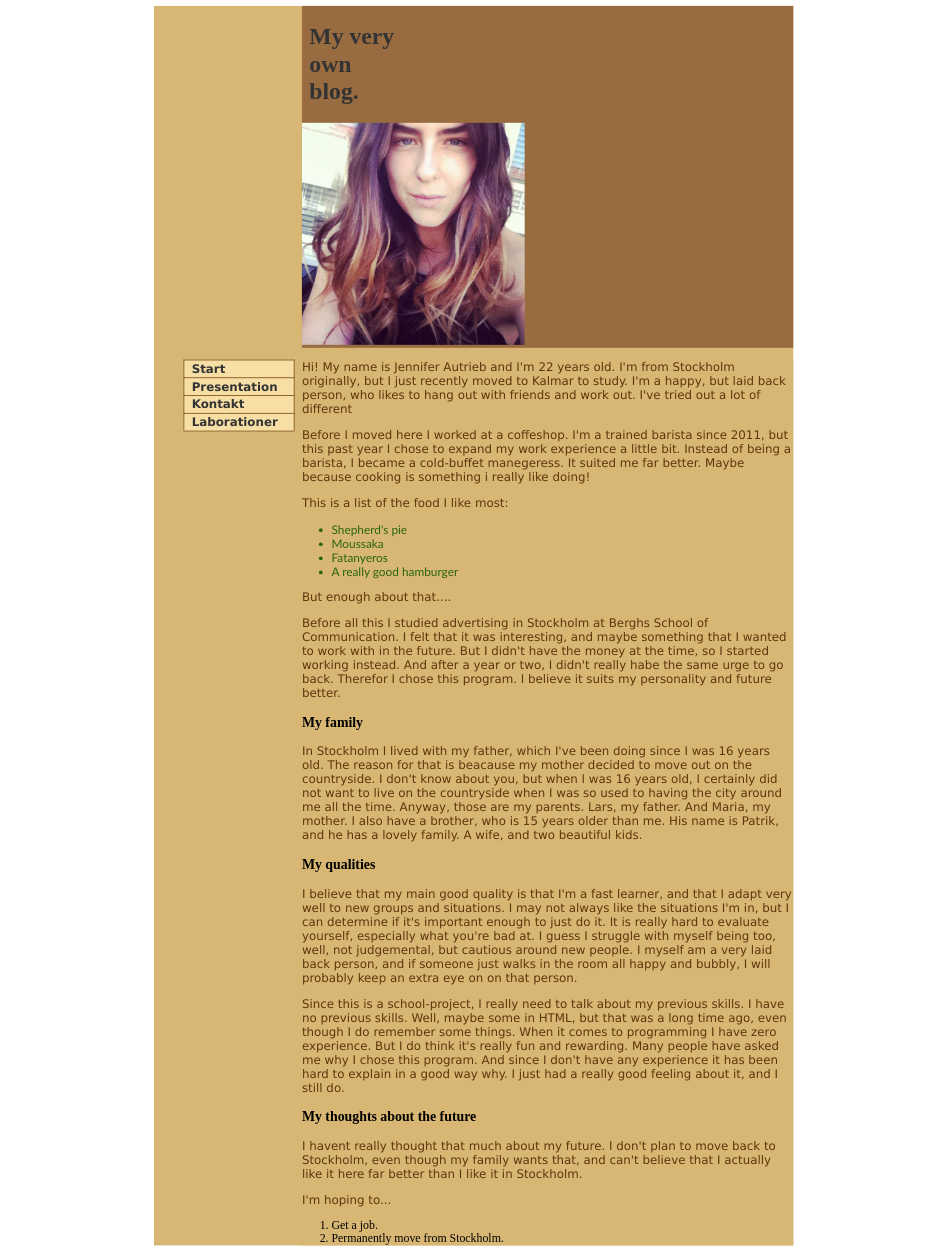
Repository: JeAut/1ik415-JeAut-laborationer
Page: WWW/pages/Presentation.html
The author's editor kept a record of every edit. The page is drawn from the files as they stood at one moment, then again after the next edit.
The browser window is 1280 px wide. The pictures show the whole page, at 74% of full size.

Above is the page before.

After the next edit:
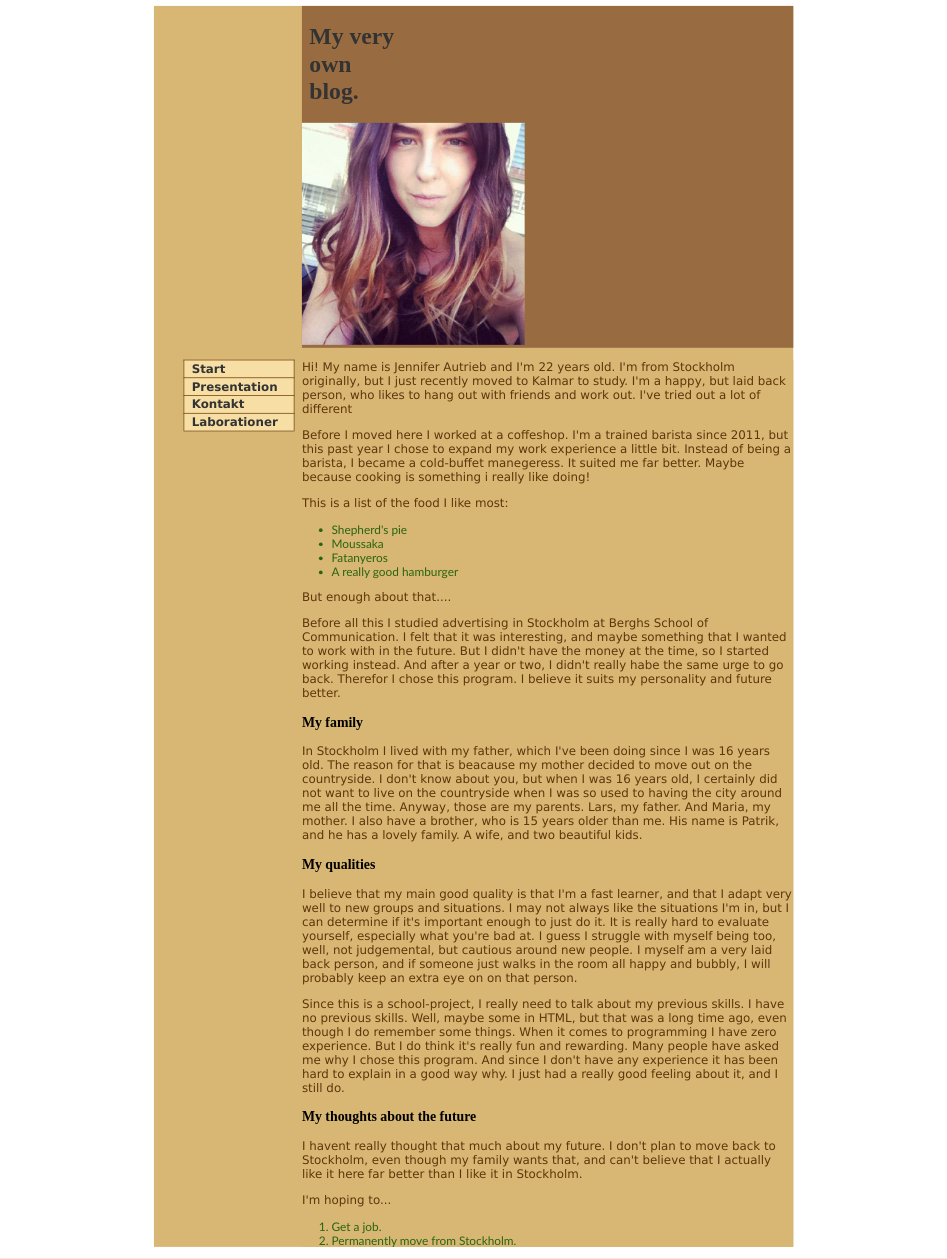
The edit:
--- a/WWW/pages/Presentation.html
+++ b/WWW/pages/Presentation.html
@@ -93,8 +93,8 @@
 
         <p>I'm hoping to...</p>
         <ol>
-        <li>Get a job.</li>
-        <li>Permanently move from Stockholm.</li>
+            <p1><li>Get a job.</li>
+            <li>Permanently move from Stockholm.</li></p1>
         </ol>
         </div>
         </div>
